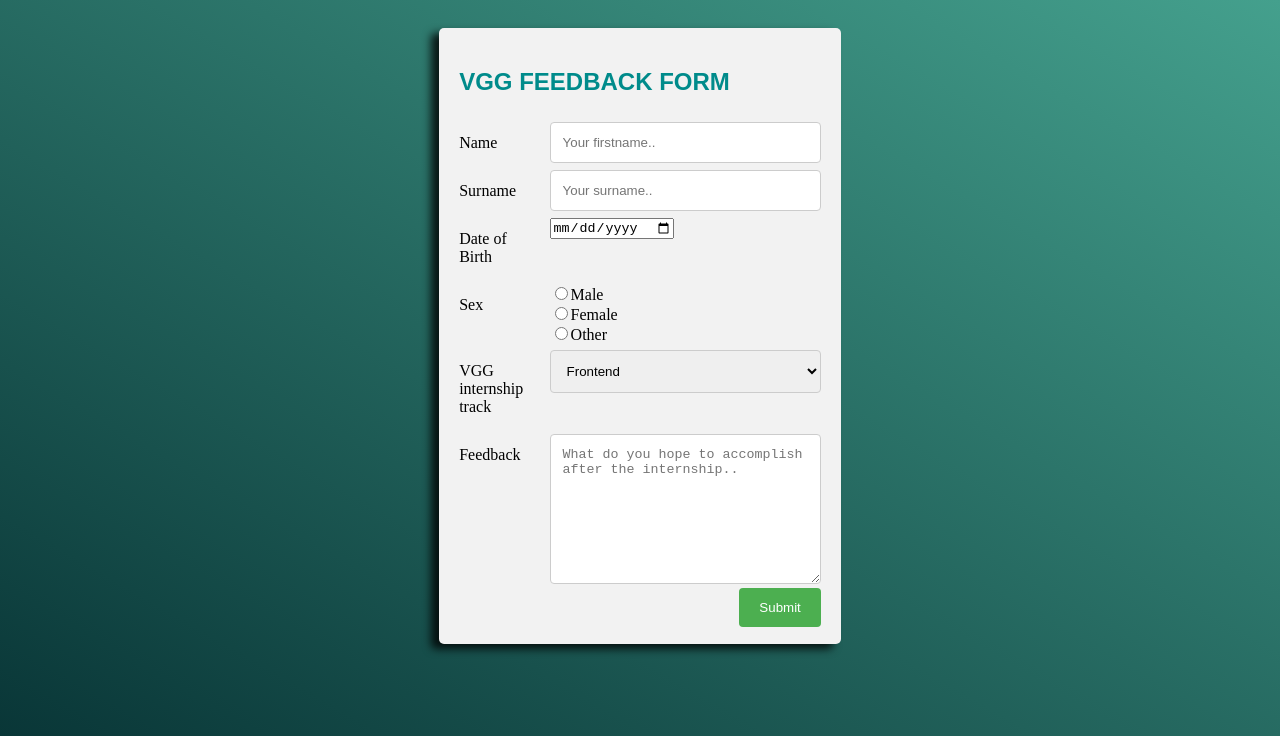
Repository: iphyokafor/VGG-Feedback-form
Page: index2.html
These files come from the project's save history. The page is drawn as it stood at one moment and after the next save; the edit follows.
The browser window is 1280 px wide. The pictures show the whole page.

Above is the page before, as saved 2020-01-13 01:08:47.

After the next save:
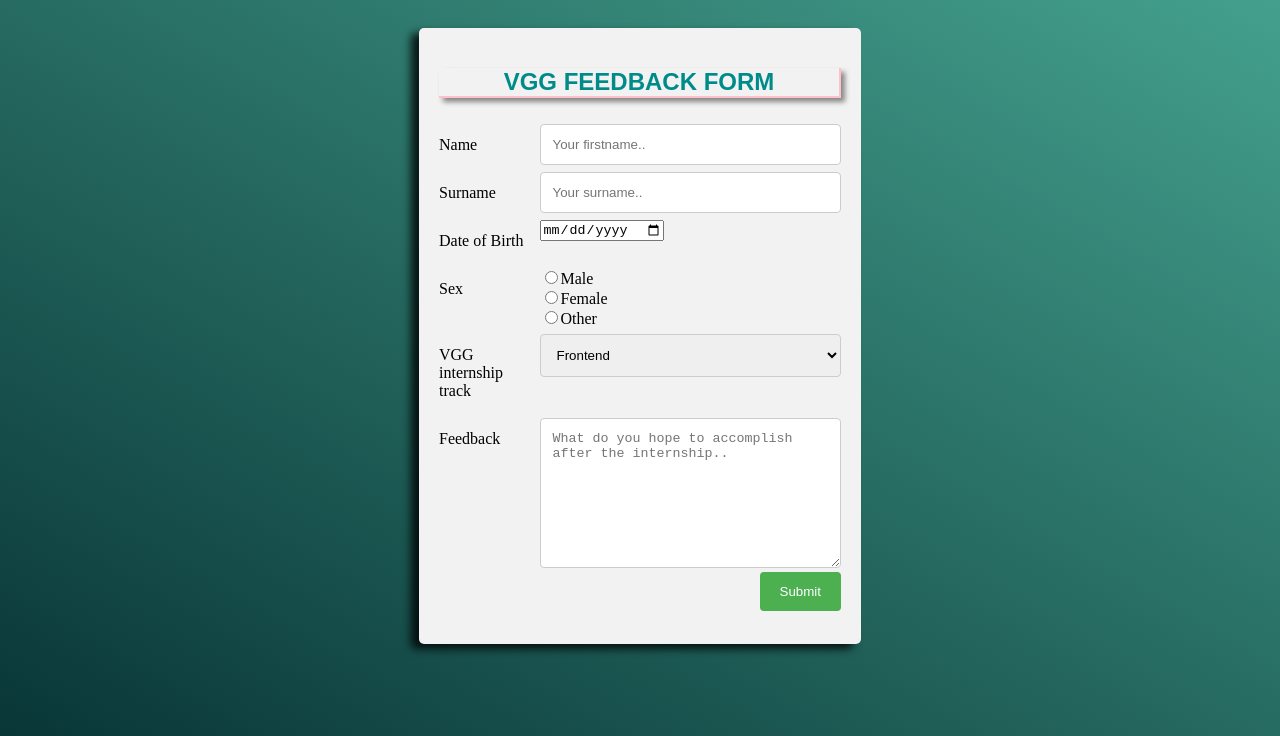
Saved 107 s later.
--- a/main.css
+++ b/main.css
@@ -62,8 +62,12 @@ label {
 .heading {
     text-transform: uppercase;
     font-family: Arial, Helvetica, sans-serif;
-    text-decoration: darkcyan;
     color: darkcyan;
+    border-bottom: 2px solid pink;
+    border-right: 2px solid pink;
+    box-shadow: 4px 4px 5px #888888;
+    width: 400px;
+    text-align: center;
 }
 
 
